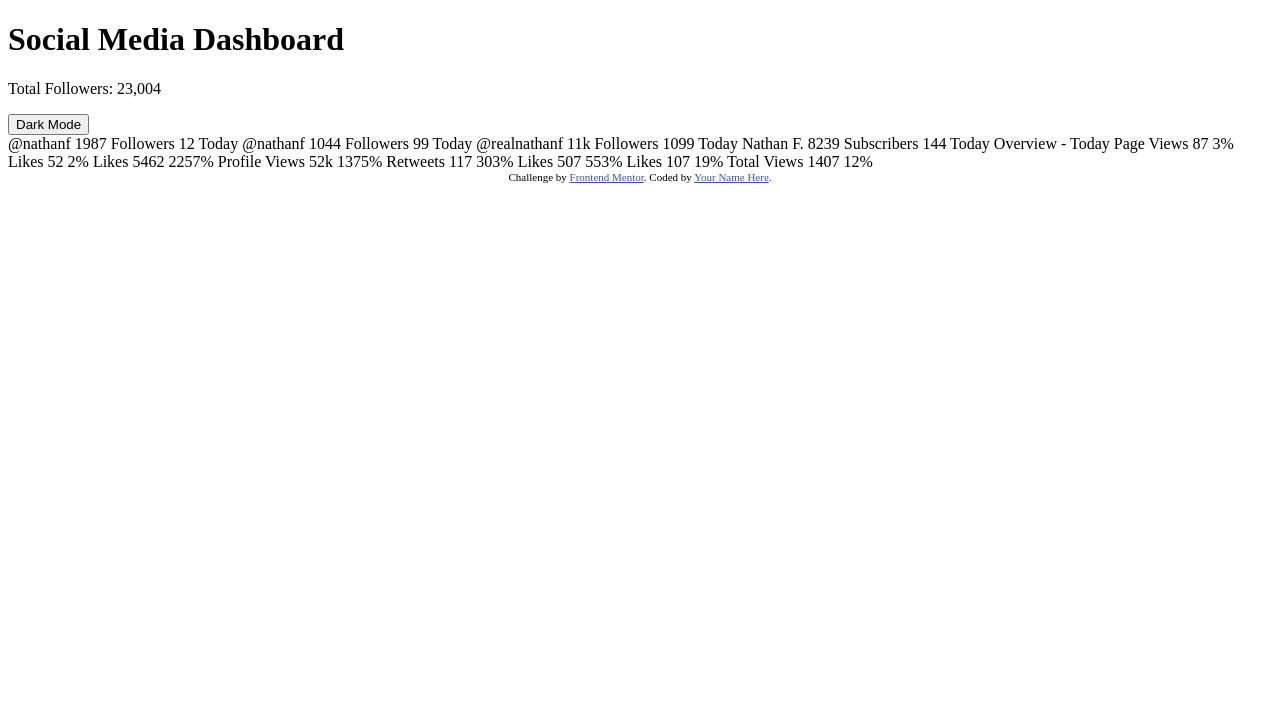
Repository: mamulini/social-media-dashboard-with-theme-switcher-master
Page: index.html
These files come from the project's save history. The page is drawn as it stood at one moment and after the next save; the edit follows.
The browser window is 1280 px wide. The pictures show the whole page.

Above is the page before, as saved 2020-04-05 23:19:26.

### index.html
<!DOCTYPE html>
<html lang="en">
<head>
  <meta charset="UTF-8">
  <meta name="viewport" content="width=device-width, initial-scale=1.0">
  <link rel="icon" type="image/png" sizes="32x32" href="./images/favicon-32x32.png">
  <link rel="stylesheet" href="./css/style.css">
  <title>Frontend Mentor | [Challenge Name Here]</title>
</head>
<body>
  <main class="dashboard container">
    <header class="header">
      <div class="title">
        <h1 class="title__name">Social Media Dashboard</h1>
        <p class="title__total">Total Followers: 23,004</p>
      </div>
      <button class="theme" type="button">Dark Mode</button>
    </header>
    <div class="followers-block">
      <div class="folowers">
        <a class="followers__link" href="#"></a>
      </div>
      <div class="folowers">

      </div>
      <div class="folowers">

      </div>
      <div class="folowers">

      </div>
    </div>
  </main>








  @nathanf
  1987
  Followers
  12 Today

  @nathanf
  1044
  Followers
  99 Today

  @realnathanf
  11k
  Followers
  1099 Today

  Nathan F.
  8239
  Subscribers
  144 Today



  Overview - Today

  Page Views
  87
  3%

  Likes
  52
  2%

  Likes
  5462
  2257%

  Profile Views
  52k
  1375%

  Retweets
  117
  303%

  Likes
  507
  553%

  Likes
  107
  19%

  Total Views
  1407
  12%

  <div class="attribution">
    Challenge by <a href="https://www.frontendmentor.io?ref=challenge" target="_blank">Frontend Mentor</a>.
    Coded by <a href="#">Your Name Here</a>.
  </div>
</body>
</html>

### css/style.css
.container{
    max-width: 1110px;
}






.attribution { font-size: 11px; text-align: center; }
.attribution a { color: hsl(228, 45%, 44%); }

After the next save:
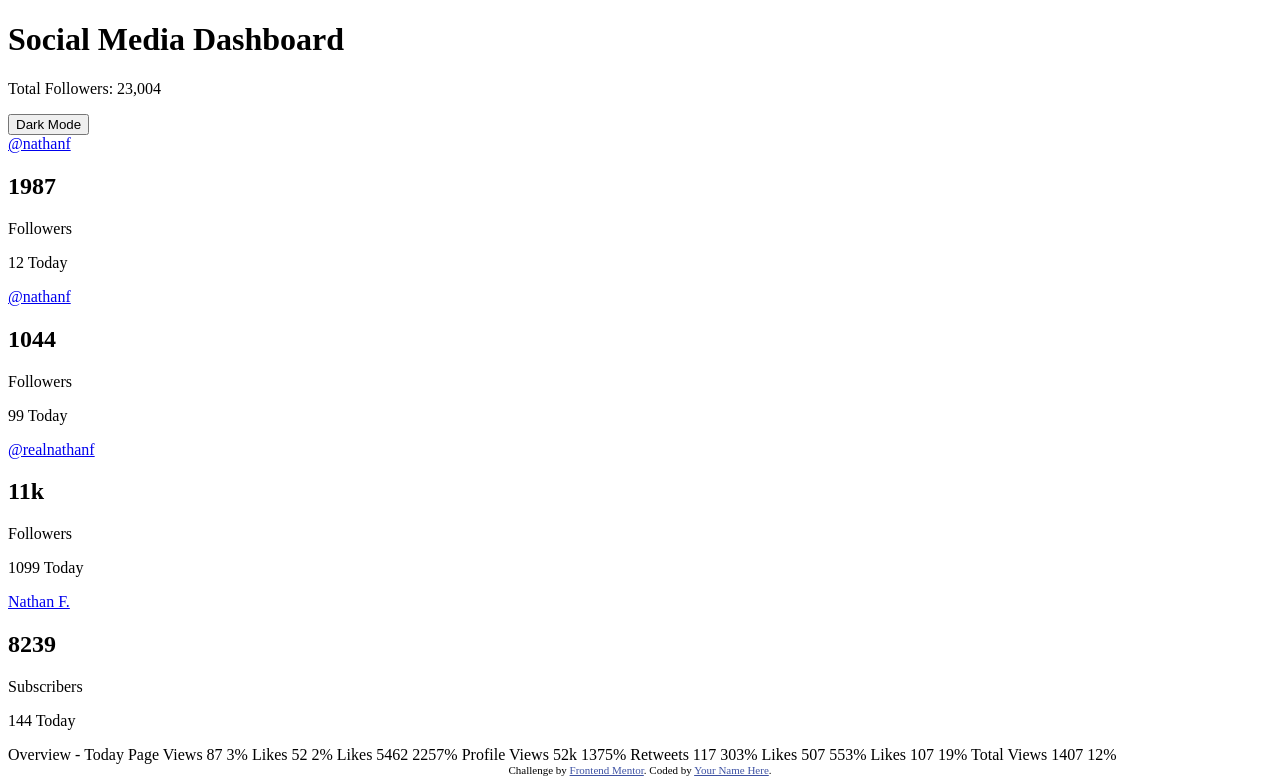
Saved 5 min 55 s later.
--- a/index.html
+++ b/index.html
@@ -18,17 +18,37 @@
     </header>
     <div class="followers-block">
       <div class="folowers">
-        <a class="followers__link" href="#"></a>
+        <a class="followers__link" href="#">@nathanf</a>
+        <h2 class="followers__sum">1987</h2>
+        <p class="followers__title">Followers</p>
+        <p class="followers__today">12 Today</p>
       </div>
       <div class="folowers">
-
+        <a class="followers__link" href="#">@nathanf
+</a>
+        <h2 class="followers__sum">1044</h2>
+        <p class="followers__title">Followers</p>
+        <p class="followers__today">99 Today</p>
       </div>
       <div class="folowers">
+        <a class="followers__link" href="#">@realnathanf
 
+
+          </a>
+        <h2 class="followers__sum">11k</h2>
+        <p class="followers__title">Followers</p>
+        <p class="followers__today">1099 Today</p>
       </div>
       <div class="folowers">
+        <a class="followers__link" href="#">Nathan F.
 
+
+          </a>
+        <h2 class="followers__sum">8239</h2>
+        <p class="followers__title">Subscribers</p>
+        <p class="followers__today">144 Today</p>
       </div>
+
     </div>
   </main>
 
@@ -39,25 +59,13 @@
 
 
 
-  @nathanf
-  1987
-  Followers
-  12 Today
 
-  @nathanf
-  1044
-  Followers
-  99 Today
 
-  @realnathanf
-  11k
-  Followers
-  1099 Today
 
-  Nathan F.
-  8239
-  Subscribers
-  144 Today
+
+
+
+
 
 
 
